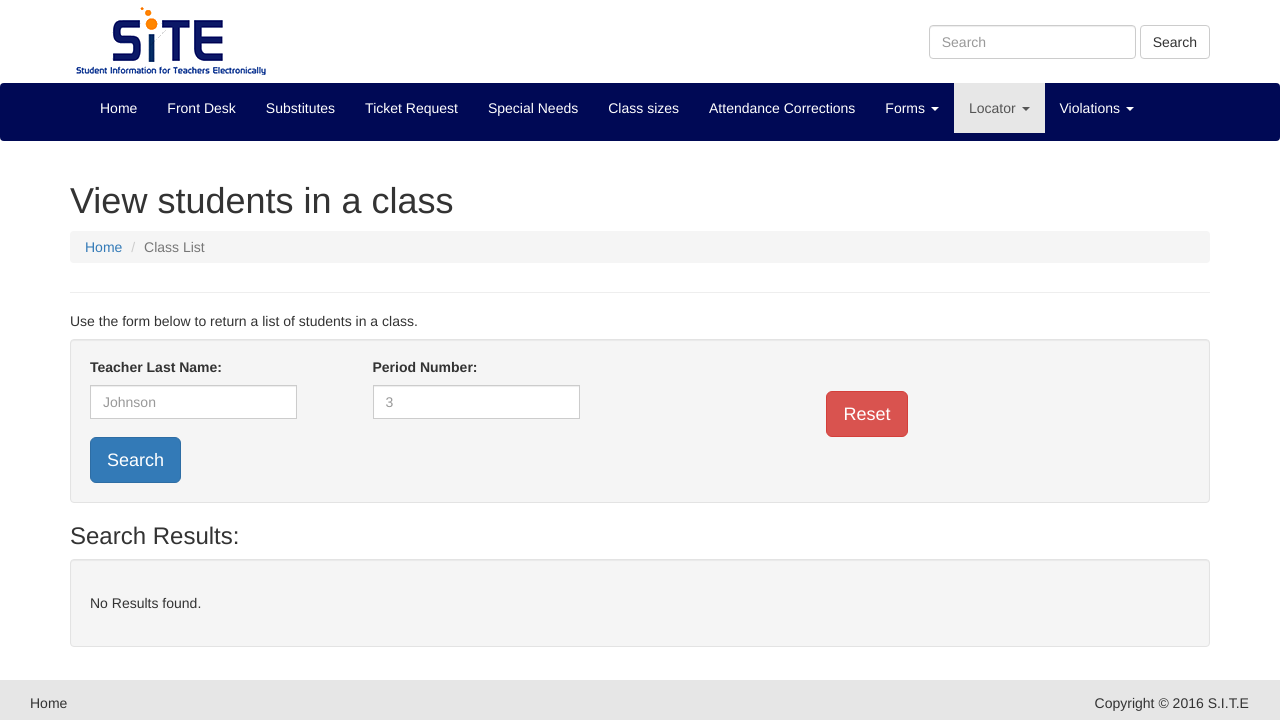
Repository: theFeez/S.I.T.E.
Page: workspace/class_list.html
The author's editor kept a record of every edit. The page is drawn from the files as they stood at one moment, then again after the next edit.
The browser window is 1280 px wide. The pictures show the whole page.
Some web libraries are served in a nearby version.

Above is the page before.

### workspace/class_list.html
<!DOCTYPE html>
<html lang="en">

<head>
  <meta charset="utf-8">
  <meta http-equiv="X-UA-Compatible" content="IE=edge">
  <meta name="viewport" content="width=device-width, initial-scale=1">
  <title>S.I.T.E</title>

  <!-- Bootstrap -->
  <link href="css/bootstrap.css" rel="stylesheet">

  <!--[if lt IE 9]>
      <script src="https://oss.maxcdn.com/html5shiv/3.7.2/html5shiv.min.js"></script>
      <script src="https://oss.maxcdn.com/respond/1.4.2/respond.min.js"></script>
    <![endif]-->
</head>

<body>
  <!-- Static header -->
  <div id="header">
    <nav class="navbar navbar-default navbar-white navbar-static-top">
      <div class="container">
        <div class="navbar-header">
          <a class="navbar-left" img="#"><img alt="Logo" src="images/site.png" class="logo"></a>
        </div>
        <form class="navbar-form navbar-right" role="search">
          <div class="form-group">
            <input type="text" class="form-control" placeholder="Search">
          </div>
          <button type="submit" class="btn btn-default">Search</button>
        </form>
      </div>
    </nav>
  </div>
  <div id="fixed">

  </div>
  <!-- Static navbar -->
  <nav class="navbar navbar-default nav_bar" style="margin-bottom:0">
    <div class="container">
      <div class="navbar-header">
        <button type="button" class="navbar-toggle collapsed" data-toggle="collapse" data-target="#bs-example-navbar-collapse-1" aria-expanded="false">
          <span class="sr-only">Toggle navigation</span>
          <span class="icon-bar"></span>
          <span class="icon-bar"></span>
          <span class="icon-bar"></span>
        </button>
        <div class="collapse navbar-collapse" id="bs-example-navbar-collapse-1">
          <ul class="nav navbar-nav">
            <!--HOME ACTIVE BTN--->
            <li><a href="main.html">Home </a></li>


            <!-- FRONT DESK BTN--->
            <li><a href="front_desk.html">Front Desk<span class="sr-only">(current)</span></a></li>

            <!-- SUBSTITUTE BTN--->
            <li><a href="substitutes.html">Substitutes</a></li>

            <!-- TICKET REQUEST BTN--->
            <li><a href="ticket_request.html">Ticket Request</a></li>

            <!-- FRONT DESK BTN--->
            <li><a href="special_needs.html">Special Needs</a></li>

            <!-- CLASS SIZE BTN--->
            <li><a href="class_sizes.html">Class sizes</a></li>

            <!-- ATTENDANCE CORRECTIONS BTN--->
            <li><a href="attendance_corrections.html">Attendance Corrections</a></li>

            <!-- FORMS DROPDOWN--->
            <li class="dropdown">
              <a href="#" class="dropdown-toggle" data-toggle="dropdown" role="button" aria-haspopup="true" aria-expanded="false">Forms <span class="caret"></span></a>
              <ul class="dropdown-menu">
                <li><a href="fieldtrip.html">Fieldtrip</a></li>
                <li><a href="prom_release.html">Prom Release</a></li>
                <li><a href="audit.html">Audit</a></li>
                <li role="separator" class="divider"></li>
                <li><a href="miscellaneous.html">Miscellaneous</a></li>
              </ul>

              <!-- FORMS DROPDOWN--->
              <li class="dropdown active">
                <a href="#" class="dropdown-toggle" data-toggle="dropdown" role="button" aria-haspopup="true" aria-expanded="false">Locator <span class="caret"></span></a>
                <ul class="dropdown-menu">
                  <li><a href="student_locator.html">Student Locator</a></li>
                  <li class="active"><a href="teacher_locator.html">Teacher Locator</a></li>
                </ul>
              </li>
            <!-- VIOLATIONS BTN--->
              <li class="dropdown">
                <a href="#" class="dropdown-toggle" data-toggle="dropdown" role="button" aria-haspopup="true" aria-expanded="false">Violations <span class="caret"></span></a>
                <ul class="dropdown-menu">
                  <li><a href="uniform_violation.html">Uniform Violation</a></li>
                  <li><a href="detention.html">Detention</a></li>
                  <li><a href="suspension.html">Suspension</a></li>
                </ul>
              </li>
          </ul>
        </div>
      </div>
    </div>
  </nav>
 <div class="container">
    <div class="page-header">
      <h1>View students in a class</h1>
      <ol class="breadcrumb">
        <li><a href="#">Home</a></li>
        <li class="active">Class List</li>
      </ol>
    </div>

  </div>
  <div class="container" style="margin-bottom:20px;">
    <p> Use the form below to return a list of students in a class.</p>
    <div class="well">
      <form action="demo.asp" method="get">
        <div class="row">
          <div class="col-lg-3">
            <p><b>Teacher Last Name:</b></p>
            <div class="input-group">
              <input type="text" class="form-control" placeholder="Johnson">
            </div>
            <!-- /input-group -->
          </div>
          <!-- /.col-lg-6 -->
          <div class="col-lg-3">
            <p><b>Period Number:</b></p>
            <div class="input-group">
              <input type="text" class="form-control" placeholder="3">
            </div>
            <!-- /input-group -->
          </div>
        <br>
        <br>
          <div class="col-lg-3">
            <button type="reset" value="Reset" class="btn btn-lg btn-danger pull-right">Reset</button>
            <!--<button type="button" class="btn btn-lg btn-danger pull-right">&nbsp Clear &nbsp</button>-->
          </div>
          <div class="col-lg-6">
            <button type="button" class="btn btn-lg btn-primary">Search</button>
          </div>
      </form>
      </div>
    </div>
 <h3>Search Results:</h3>
    <div class="well">
      <br>
      No Results found.
      <br>
      <br>
      </div>
  </div>
  </div>
    <!-- Footer-->
   <nav class="navbar-default-grey footer">
    <div class="container-fluid">
      <p class="navbar-text navbar-text-footer navbar-left">Home</p>
      <p class="navbar-text navbar-text-footer navbar-right">Copyright &#169; 2016 S.I.T.E &nbsp &nbsp &nbsp &nbsp</p>
    </div>
  </nav>
  <!-- jQuery (necessary for Bootstrap's JavaScript plugins) -->
  <script src="https://ajax.googleapis.com/ajax/libs/jquery/1.11.3/jquery.min.js"></script>
  <script src="script.js"></script>
  <!-- Include all compiled plugins (below), or include individual files as needed -->
  <script src="js/bootstrap.min.js"></script>
</body>
</html>

### workspace/script.js
    $(function () {
		function closeSearch() {
            var $form = $('.navbar-collapse form[role="search"].active')
    		$form.find('input').val('');
			$form.removeClass('active');
		}

		// Show Search if form is not active // event.preventDefault() is important, this prevents the form from submitting
		$(document).on('click', '.navbar-collapse form[role="search"]:not(.active) button[type="submit"]', function(event) {
			event.preventDefault();
			var $form = $(this).closest('form'),
				$input = $form.find('input');
			$form.addClass('active');
			$input.focus();
		});
		// ONLY FOR DEMO // Please use $('form').submit(function(event)) to track from submission
		// if your form is ajax remember to call `closeSearch()` to close the search container
		$(document).on('click', '.navbar-collapse form[role="search"].active button[type="submit"]', function(event) {
			event.preventDefault();
			var $form = $(this).closest('form'),
				$input = $form.find('input');
			$('#showSearchTerm').text($input.val());
            closeSearch()
		});
    });

    // fixes the navbar thing to stick to top
    $(document).ready(function() {
  $(window).scroll(function () {

      //if you hard code, then use console
      //.log to determine when you want the
      //nav bar to stick.
    if ($(window).scrollTop() > 71) {
    	$('#fixed').show();
      $('.nav_bar').addClass('navbar-fixed-top');
    }

    if ($(window).scrollTop() < 71) {
    	$('#fixed').hide();
      $('.nav_bar').removeClass('navbar-fixed-top');
    }
  });
});


//smooth scroll to top
$("#homebtn").click(function() {
    $('html, body').animate({
        scrollTop: $("#header").offset().top
    }, 500);
});

//promt for password to exsit front desk kiosk
function passWord() {
var testV = 1;
var pass1 = prompt('Please Enter The Password',' ');
while (testV < 2) {
if (!pass1)
window.open("front_desk.html","_self");
if (pass1.toLowerCase() == "admin") {
window.open("main.html","_self");
break;
}
testV+=1;
var pass1 =
prompt('Access Denied - Password Incorrect, Please Try Again.','Password');
}
if (pass1.toLowerCase()!="password" & testV ==3)
history.go(-1);
return " ";
}

//for PTSA Page
var tabbed ="shop";
$("#donate").click(function(){
    $("#shopbody").hide();
    $("#paybody").hide();
    $("#"+tabbed).removeClass('active');
    $("#donate").addClass('active');
    $("#donatebody").show();
    tabbed="donate";
});

$("#payment").click(function(){
    $("#shopbody").hide();
    $("#donatebody").hide();
    $("#"+tabbed).removeClass('active');
    $("#payment").addClass('active');
    $("#paybody").show();
    tabbed="payment";
});

$("#shop").click(function(){
    $("#donatebody").hide();
    $("#paybody").hide();
    $("#"+tabbed).removeClass('active');
    $("#shopbody").show();
    $("#shop").addClass('active');
    tabbed="shop";
});

 function paygood(){
    $("#paybanner").fadeIn(1000).delay(2000).fadeOut(3000);
}

Loaded but not shown: workspace/css/bootstrap.css (library); workspace/js/bootstrap.min.js (library)

After the next edit:
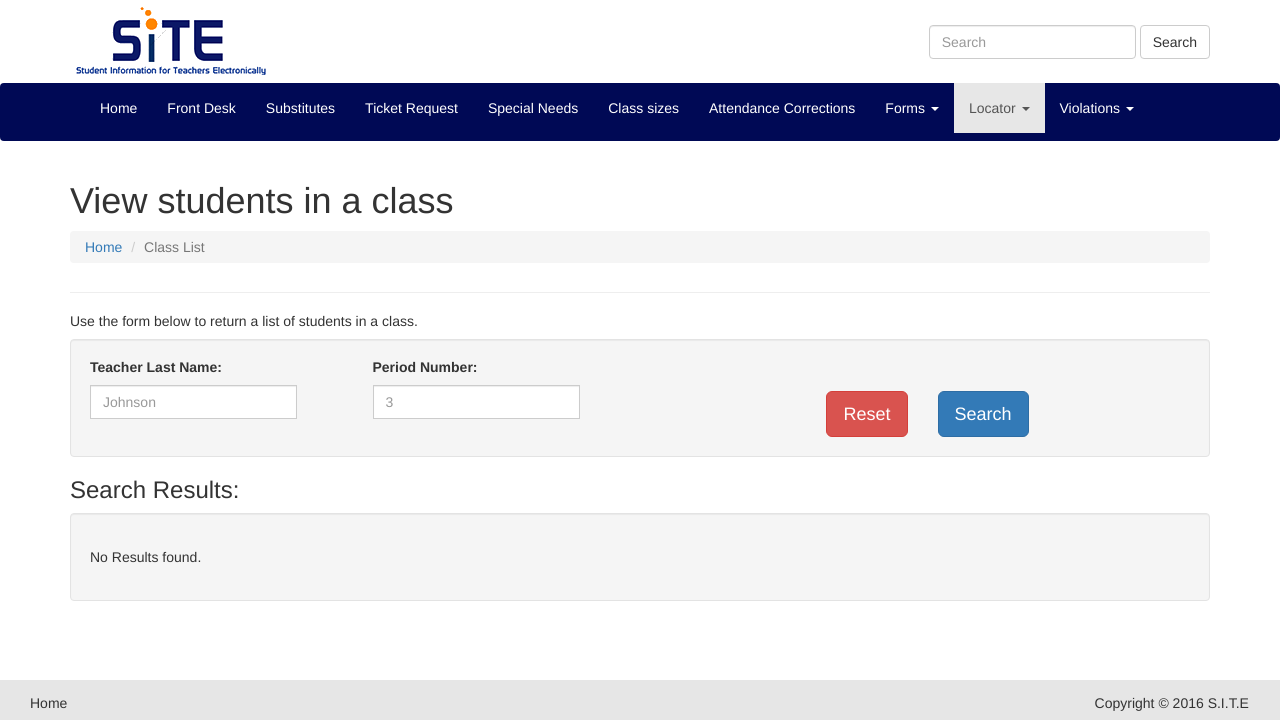
The edit:
--- a/workspace/class_list.html
+++ b/workspace/class_list.html
@@ -139,7 +139,7 @@
             <button type="reset" value="Reset" class="btn btn-lg btn-danger pull-right">Reset</button>
             <!--<button type="button" class="btn btn-lg btn-danger pull-right">&nbsp Clear &nbsp</button>-->
           </div>
-          <div class="col-lg-6">
+          <div class="col-lg-3">
             <button type="button" class="btn btn-lg btn-primary">Search</button>
           </div>
       </form>
